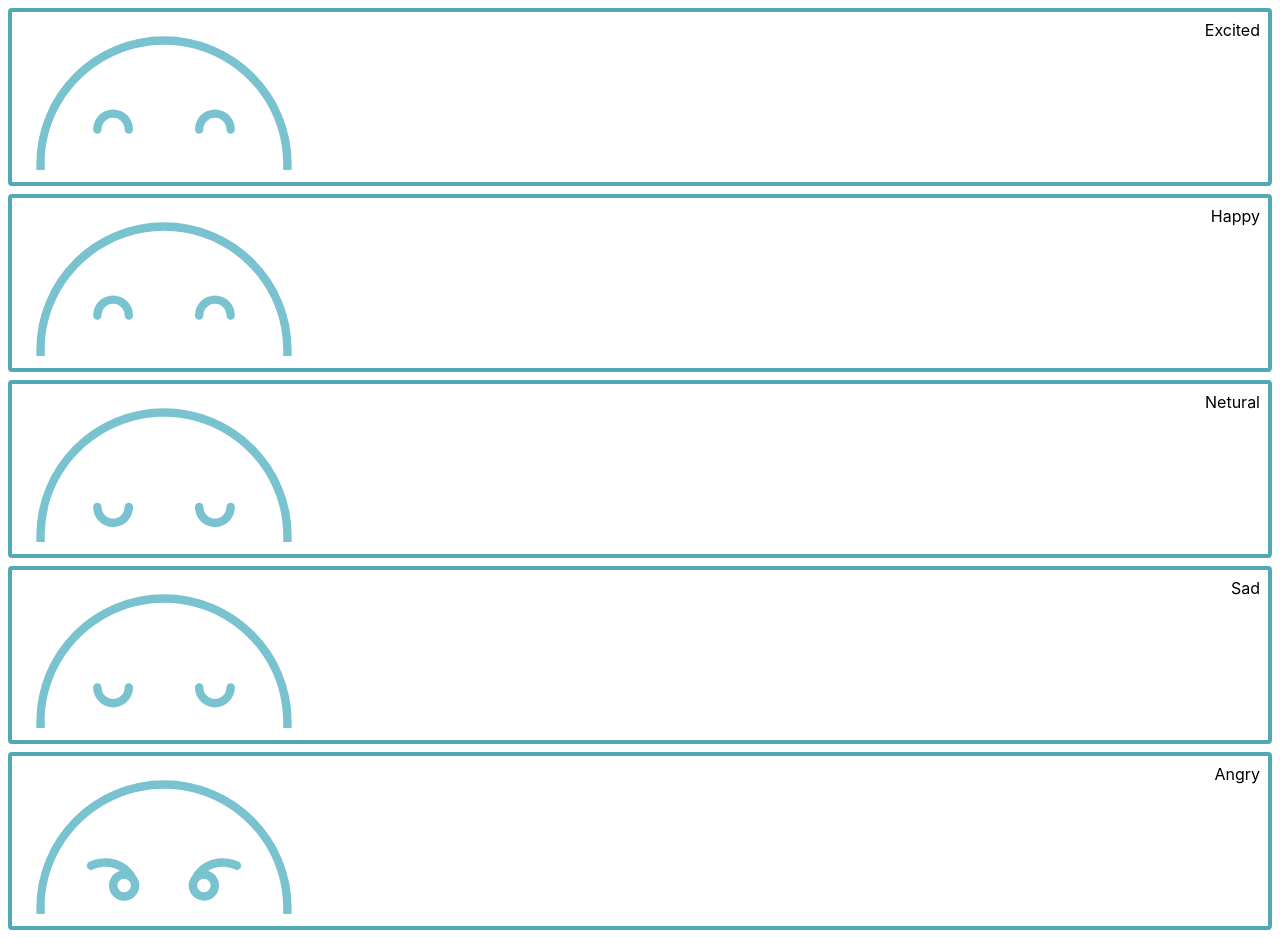
Repository: majakesin/moodify-app
Page: /
These files come from the project's save history. The page is drawn as it stood at one moment and after the next save; the edit follows.
The browser window is 1280 px wide. The pictures show the whole page.
The project was rebuilt for these pictures with package versions that can differ from the ones it lists, and the page was loaded fresh each time.

Above is the page before, as saved 2023-08-21 11:48:42.

### public/index.html
<!DOCTYPE html>
<html lang="en">
  <head>
    <meta charset="utf-8" />
    <link rel="icon" href="%PUBLIC_URL%/logo.svg" />
    <meta name="viewport" content="width=device-width, initial-scale=1" />
    <meta name="theme-color" content="#000000" />
    <meta
      name="description"
      content="Moodify -- App that gives yours ears the best music based on your mood"
    />
    <link rel="apple-touch-icon" href="%PUBLIC_URL%/logo.svg" />
    <!--
      manifest.json provides metadata used when your web app is installed on a
      user's mobile device or desktop. See https://developers.google.com/web/fundamentals/web-app-manifest/
    -->
    <link rel="manifest" href="%PUBLIC_URL%/manifest.json" />
    <!--
      Notice the use of %PUBLIC_URL% in the tags above.
      It will be replaced with the URL of the `public` folder during the build.
      Only files inside the `public` folder can be referenced from the HTML.

      Unlike "/favicon.ico" or "favicon.ico", "%PUBLIC_URL%/favicon.ico" will
      work correctly both with client-side routing and a non-root public URL.
      Learn how to configure a non-root public URL by running `npm run build`.
    -->
    <title>Moodify</title>
  </head>
  <body>
    <noscript>You need to enable JavaScript to run this app.</noscript>
    <div id="root"></div>
    <!--
      This HTML file is a template.
      If you open it directly in the browser, you will see an empty page.

      You can add webfonts, meta tags, or analytics to this file.
      The build step will place the bundled scripts into the <body> tag.

      To begin the development, run `npm start` or `yarn start`.
      To create a production bundle, use `npm run build` or `yarn build`.
    -->
  </body>
</html>

### src/App.js
import './App.css';
import {moods}  from 'src/data/moods'
import Mood from './components/Mood';

function App() {
  return (
    <div className="App">
      {moods.map(({type,icon}) => {
        return (<Mood type={type} icon={icon} />)
      })}
    </div>
  );
}

export default App;

### src/data/moods.js
export const moods = [
    {
        type: 'Excited',
        icon: <svg id="SvgjsSvg1081" xmlns="http://www.w3.org/2000/svg" version="1.1" xmlnsXlink="http://www.w3.org/1999/xlink" xmlnsSvgjs="http://svgjs.com/svgjs">
                <defs id="SvgjsDefs1082"></defs>
                <g id="SvgjsG1083">
                    <svg xmlns="http://www.w3.org/2000/svg" data-name="Layer 1" viewBox="0 0 512 512" width="288" height="288">
                        <path fill="currentcolor" d="M416.51318,95.48682A226.99992,226.99992,0,1,0,95.48682,416.51318,226.99992,226.99992,0,1,0,416.51318,95.48682ZM256,468C139.103,468,44,372.897,44,256S139.103,44,256,44s212,95.103,212,212S372.897,468,256,468ZM137.5,202a7.50006,7.50006,0,0,0,7.5-7.5,20.5,20.5,0,0,1,41,0,7.5,7.5,0,0,0,15,0,35.5,35.5,0,0,0-71,0A7.50006,7.50006,0,0,0,137.5,202Zm181,0a7.50006,7.50006,0,0,0,7.5-7.5,20.5,20.5,0,0,1,41,0,7.5,7.5,0,0,0,15,0,35.5,35.5,0,0,0-71,0A7.50006,7.50006,0,0,0,318.5,202Zm69.95947,82.13037a7.49875,7.49875,0,0,0-7.27832-.356A284.51645,284.51645,0,0,1,257.5,313h-1.48a284.55042,284.55042,0,0,1-125.2002-29.2251A7.4999,7.4999,0,0,0,120,290.5a132.31839,132.31839,0,0,0,79.15625,121.32324A131.47888,131.47888,0,0,0,252.5,423h7a132.5854,132.5854,0,0,0,127.794-97.37988A133.06894,133.06894,0,0,0,392,290.5,7.5003,7.5003,0,0,0,388.45947,284.13037ZM259.5,408h-7a116.58888,116.58888,0,0,1-46.02222-9.36157C219.72205,391.8783,237.33752,388,256.002,388c18.66236,0,36.27466,3.87708,49.51734,10.63538A116.56076,116.56076,0,0,1,259.5,408Zm83.08691-34.41309a117.56809,117.56809,0,0,1-21.38024,16.93219C305.07166,379.48517,281.17847,373,256.002,373c-25.18383,0-49.0852,6.48932-65.22168,17.52966a116.81051,116.81051,0,0,1-46.07495-53.13611,299.90773,299.90773,0,0,0,111.31323,21.61036c.5044,0,1.01612-.00147,1.52051-.00391A300.023,300.023,0,0,0,367.2478,337.40454,117.86031,117.86031,0,0,1,342.58691,373.58691ZM373.6593,318.347A284.8703,284.8703,0,0,1,257.46094,344c-.49219.00293-.97412.00391-1.46387.00391a284.90227,284.90227,0,0,1-117.65942-25.65967,117.74477,117.74477,0,0,1-2.72388-15.77832A299.64178,299.64178,0,0,0,256.02,328h1.519a299.80874,299.80874,0,0,0,118.84668-25.43555A117.6884,117.6884,0,0,1,373.6593,318.347Z" class="color2c2b2d svgShape"></path>
                    </svg>
                </g>
             </svg>
    },
    {
        type: 'Happy',
        icon: <svg id="SvgjsSvg1102" xmlns="http://www.w3.org/2000/svg" version="1.1" xmlnsXlink="http://www.w3.org/1999/xlink" xmlnsSvgjs="http://svgjs.com/svgjs">
                <defs id="SvgjsDefs1103"></defs>
                <g id="SvgjsG1104">
                    <svg xmlns="http://www.w3.org/2000/svg" data-name="Layer 1" viewBox="0 0 512 512" width="288" height="288">
                        <path fill="currentcolor" d="M382.042,299.40674a7.496,7.496,0,0,0-9.21582,5.251A117.42927,117.42927,0,0,1,259.5,391h-7a117.41578,117.41578,0,0,1-113.32715-86.33447,7.49971,7.49971,0,1,0-14.46484,3.96875A132.417,132.417,0,0,0,252.5,406h7a132.58733,132.58733,0,0,0,127.793-97.37744A7.4999,7.4999,0,0,0,382.042,299.40674ZM416.51367,95.48682A227.00026,227.00026,0,0,0,95.48633,416.51318,227.00026,227.00026,0,0,0,416.51367,95.48682ZM256,468C139.10254,468,44,372.897,44,256S139.10254,44,256,44s212,95.103,212,212S372.89746,468,256,468ZM137.5,202a7.49974,7.49974,0,0,0,7.5-7.5,20.5,20.5,0,0,1,41,0,7.5,7.5,0,0,0,15,0,35.5,35.5,0,0,0-71,0A7.49974,7.49974,0,0,0,137.5,202Zm181,0a7.49974,7.49974,0,0,0,7.5-7.5,20.5,20.5,0,0,1,41,0,7.5,7.5,0,0,0,15,0,35.5,35.5,0,0,0-71,0A7.49974,7.49974,0,0,0,318.5,202Z" class="color2c2b2d svgShape"></path>
                    </svg>
                </g>
            </svg> ,
    },
    {
        type: 'Netural',
        icon: <svg id="SvgjsSvg1123" xmlns="http://www.w3.org/2000/svg" version="1.1" xmlnsXlink="http://www.w3.org/1999/xlink" xmlnsSvgjs="http://svgjs.com/svgjs">
                <defs id="SvgjsDefs1124"></defs>
                <g id="SvgjsG1125">
                    <svg xmlns="http://www.w3.org/2000/svg" data-name="Layer 1" viewBox="0 0 512 512" width="288" height="288">
                        <path fill="currentcolor" d="M201,204.5a7.5,7.5,0,0,0-15,0,20.5,20.5,0,0,1-41,0,7.5,7.5,0,0,0-15,0,35.5,35.5,0,0,0,71,0ZM374.5,197a7.50006,7.50006,0,0,0-7.5,7.5,20.5,20.5,0,0,1-41,0,7.5,7.5,0,0,0-15,0,35.5,35.5,0,0,0,71,0A7.50006,7.50006,0,0,0,374.5,197ZM416.51318,95.48682A226.99992,226.99992,0,1,0,95.48682,416.51318,226.99992,226.99992,0,1,0,416.51318,95.48682ZM256,468C139.103,468,44,372.897,44,256S139.103,44,256,44s212,95.103,212,212S372.897,468,256,468Zm90-123H166a7.5,7.5,0,0,0,0,15H346a7.5,7.5,0,0,0,0-15Z" class="color2c2b2d svgShape"></path>
                    </svg>
                </g>
            </svg>,
    },
    {
        type: 'Sad',
        icon: <svg id="SvgjsSvg1193" xmlns="http://www.w3.org/2000/svg" version="1.1" xmlnsXlink="http://www.w3.org/1999/xlink" xmlnsSvgjs="http://svgjs.com/svgjs">
                <defs id="SvgjsDefs1194"></defs>
                <g id="SvgjsG1195">
                    <svg xmlns="http://www.w3.org/2000/svg" data-name="Layer 1" viewBox="0 0 512 512" width="288" height="288">
                         <path fill="currentcolor" d="M165.5,230A35.54028,35.54028,0,0,0,201,194.5a7.5,7.5,0,0,0-15,0,20.5,20.5,0,0,1-41,0,7.5,7.5,0,0,0-15,0A35.54028,35.54028,0,0,0,165.5,230Zm209-43a7.50006,7.50006,0,0,0-7.5,7.5,20.5,20.5,0,0,1-41,0,7.5,7.5,0,0,0-15,0,35.5,35.5,0,0,0,71,0A7.50006,7.50006,0,0,0,374.5,187ZM353.19336,347.94678A132.16887,132.16887,0,0,0,259.5,309.14014h-7a131.47793,131.47793,0,0,0-53.34082,11.17529,133.55143,133.55143,0,0,0-62.24854,56.51221,7.50013,7.50013,0,0,0,13.07911,7.34472,118.4576,118.4576,0,0,1,55.21435-50.1289A116.57358,116.57358,0,0,1,252.5,324.14014h7a117.16738,117.16738,0,0,1,83.08691,34.41308,117.92616,117.92616,0,0,1,19.42432,25.62061,7.5,7.5,0,0,0,13.07715-7.34766A132.92018,132.92018,0,0,0,353.19336,347.94678Zm63.31982-252.46A226.99992,226.99992,0,1,0,95.48682,416.51318,226.99992,226.99992,0,1,0,416.51318,95.48682ZM256,468C139.103,468,44,372.897,44,256S139.103,44,256,44s212,95.103,212,212S372.897,468,256,468Z" class="color2c2b2d svgShape"></path>
                    </svg>
                </g>
            </svg>,
    },
    {
        type: 'Angry',
        icon: <svg id="SvgjsSvg1217" xmlns="http://www.w3.org/2000/svg" version="1.1" xmlnsXlink="http://www.w3.org/1999/xlink" xmlnSvgjs="http://svgjs.com/svgjs">
                <defs id="SvgjsDefs1218"></defs>
                     <g id="SvgjsG1219">
                        <svg xmlns="http://www.w3.org/2000/svg" data-name="Layer 1" viewBox="0 0 512 512" width="288" height="288">
                            <path fill="currentcolor" d="M353.19336,347.94629A132.1737,132.1737,0,0,0,259.5,309.13965h-7a131.5101,131.5101,0,0,0-53.3418,11.17578,133.55212,133.55212,0,0,0-62.24707,56.51172,7.49995,7.49995,0,0,0,13.07813,7.3457A118.46814,118.46814,0,0,1,205.20313,334.043,116.60013,116.60013,0,0,1,252.5,324.13965h7a117.16506,117.16506,0,0,1,83.08691,34.41406,117.92838,117.92838,0,0,1,19.42481,25.62012,7.49957,7.49957,0,1,0,13.07617-7.34766A132.91978,132.91978,0,0,0,353.19336,347.94629ZM416.51367,95.48682A227.00044,227.00044,0,0,0,95.48633,416.51367,227.00044,227.00044,0,0,0,416.51367,95.48682ZM256,468C139.10254,468,44,372.89746,44,256,44,139.103,139.10254,44,256,44s212,95.103,212,212C468,372.89746,372.89746,468,256,468ZM175.12207,188.29736c.96533.53955,1.88086,1.10938,2.769,1.69336a27.02454,27.02454,0,1,0,28.58863,9.52246,62.7776,62.7776,0,0,0-24.04029-24.31005c-27.82519-15.55176-56.1748-2.73292-59.31445-1.21973a7.49994,7.49994,0,1,0,6.50977,13.51367C132.05762,186.33057,153.91113,176.44189,175.12207,188.29736ZM185.12012,204a12,12,0,1,1-12,12A12.01344,12.01344,0,0,1,185.12012,204ZM388.875,173.9834c-3.1416-1.51367-31.49121-14.33447-59.31348,1.21924a62.778,62.778,0,0,0-24.04126,24.31054,26.989,26.989,0,1,0,28.58887-9.52234c.88843-.58435,1.804-1.15429,2.76978-1.694,21.21191-11.85743,43.06347-1.96631,45.48632-.79981A7.49994,7.49994,0,1,0,388.875,173.9834ZM338.87988,216a12,12,0,1,1-12-12A12.01343,12.01343,0,0,1,338.87988,216Z" class="color2c2b2d svgShape"></path>
                        </svg>
                    </g>
            </svg>
    }
]

### src/components/Mood/index.jsx
import styles from './index.module.css';

const Mood = (props) => {

    const {type, icon} = props;

    return (
        <div className={styles.card}>
          <div className={styles.icon}>
            {icon}
          </div>
          <div>
            {type}
        </div>
        </div>
    )
};

export default Mood;

### src/components/Mood/index.module.css

@import '../../styles/variables.css';

.card {
    border: 4px solid var(--second-color);
    border-radius: 4px;
    margin: 8px;
    padding: 8px;
    display: flex;
    justify-content: space-between;
}

.icon {
    color: var(--third-color);
    width: 150px;
}

### src/styles/variables.css
:root,
    :root.blue {
        --first-color: #5585b5;
        --second-color: #53a8b6;
        --third-color: #79c2d0;
        --fourth-color: #bbe4e9;
    }
    :root.rainbow {
        --first-color: #cbf078;
        --second-color: #f8f398;
        --third-color: #f1b963;
        --fourth-color: #e46161;
    }
    :root.pink {
        --first-color: #45171d;
        --second-color: #e84a5f;
        --third-color: #ff847c;
        --fourth-color: #fecea8;

    }

Loaded but not shown: src/index.js (common file); src/index.css (common file); src/reportWebVitals.js (common file); src/App.css (common file)

After the next save:
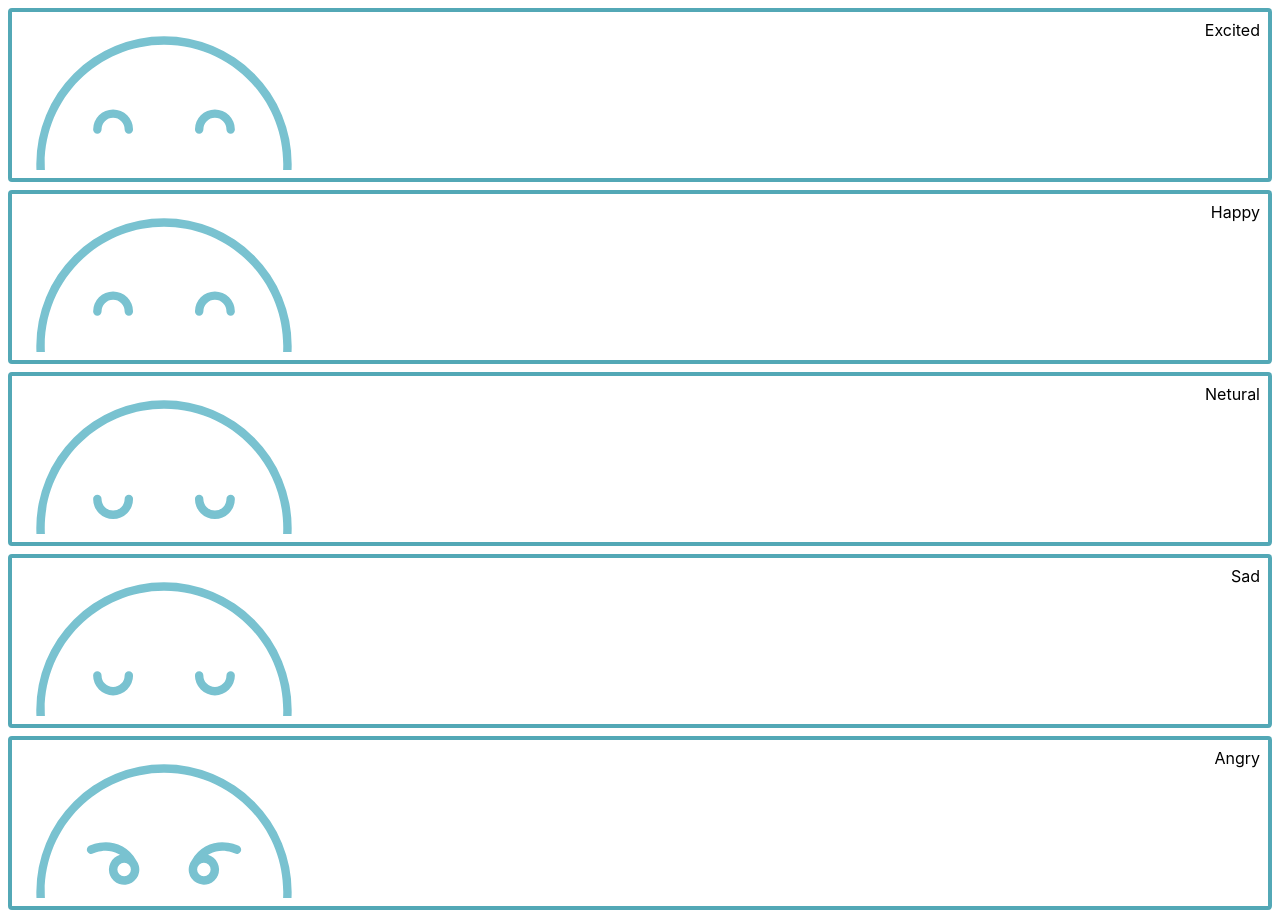
Saved 27 s later.
--- a/src/components/Mood/index.module.css
+++ b/src/components/Mood/index.module.css
@@ -13,4 +13,5 @@
 .icon {
     color: var(--third-color);
     width: 150px;
+    height: 150px;
 }
